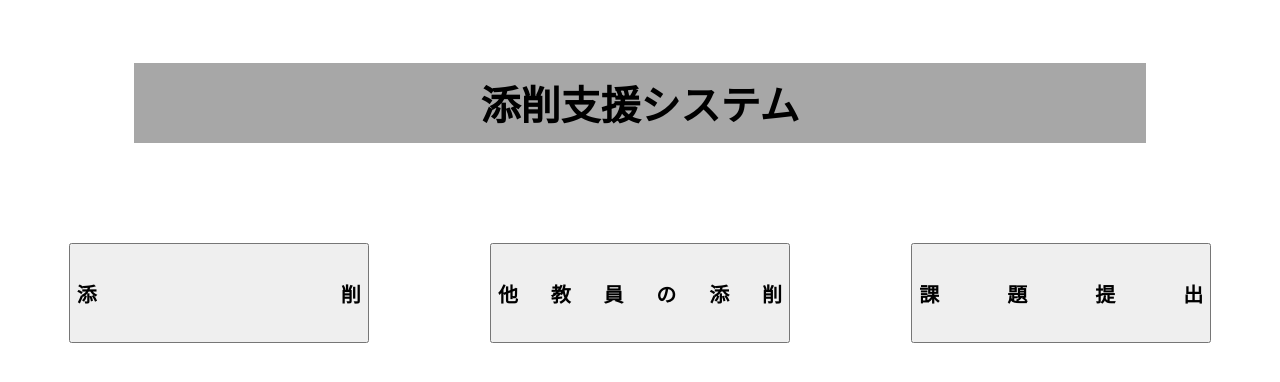
Repository: k-murakami18/canvas_v2
Page: Main.html
These files come from the project's save history. The page is drawn as it stood at one moment and after the next save; the edit follows.
The browser window is 1280 px wide. The pictures show the whole page.

Above is the page before, as saved 2021-01-04 20:10:18.

After the next save:
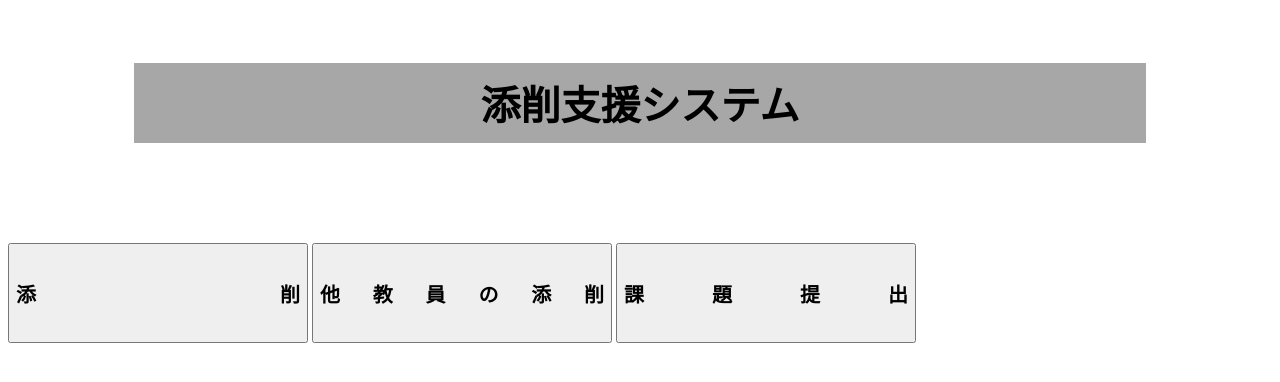
Saved 76 s later.
--- a/Main.html
+++ b/Main.html
@@ -25,9 +25,10 @@
   </div>
   <div style="clear:left;"></div>
 
-  <div class="but_name">
-    <button class="button" type="submit" name="name" onclick="location.href='index.html'">添削</button>
-    <button class="button" type="submit" name="name" onclick="location.href='index.html'">他教員の添削</button>
+  <div class="btn_name">
+    <button class="button" id="anno_btn" type="submit" name="name" onclick="location.href='index.html'">添削</button>
+    <button class="button" id="oth_teacher_btn" type="submit" name="name"
+      onclick="location.href='index.html'">他教員の添削</button>
     <button class="button" type="submit" name="name" onclick="location.href='index.html'">課題提出</button>
   </div>
 

After the save that followed:
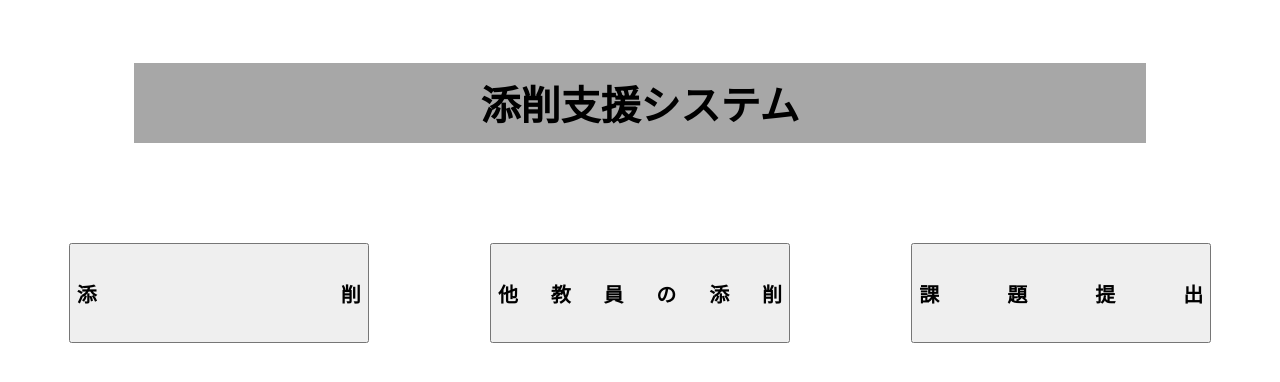
Saved 4 s later.
--- a/style.css
+++ b/style.css
@@ -141,7 +141,7 @@ canvas {
   margin: auto;
   text-align-last: justify;
 }
-body .but_name{
+body .btn_name{
   display: flex;
   justify-content: center;
 }
